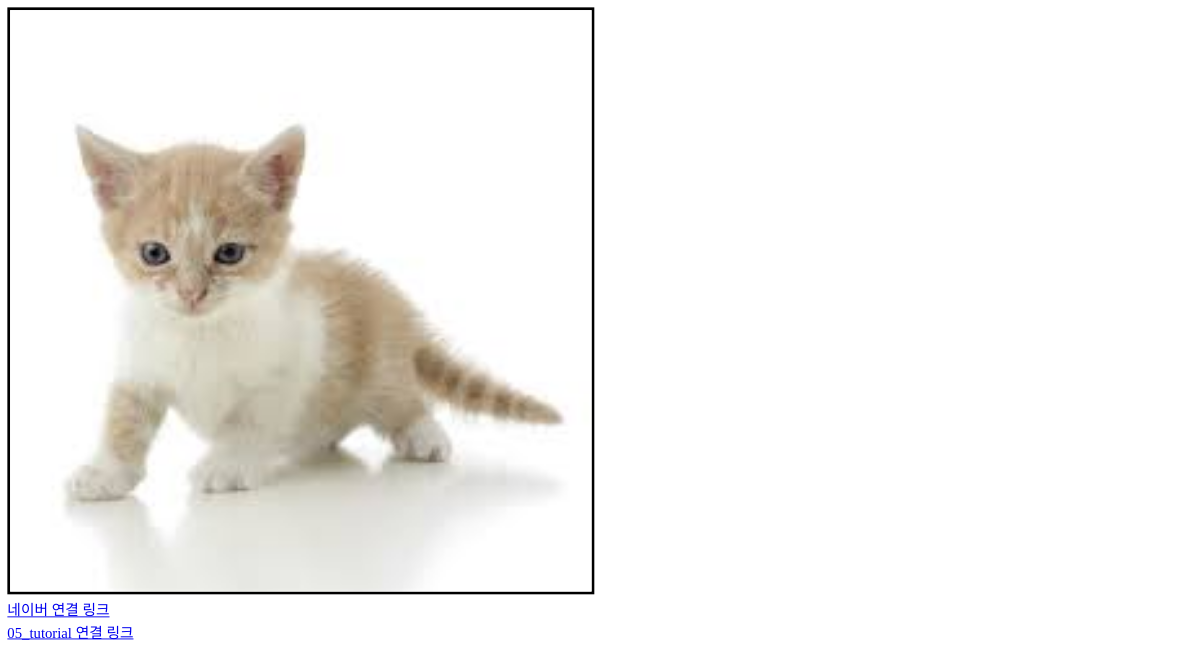
Repository: jjb5442/JSP
Page: 3Day/workspace/02_HTML_tutorial/src/main/webapp/06_Tutorial.html
The author's editor kept a copy of each file at every save. The page is drawn from the files as they stood at one save, then again after the next save.
The browser window is 1280 px wide. The pictures show the whole page, at 92% of full size.

Above is the page before, as saved 2022-05-14 02:37:20.

After the next save:
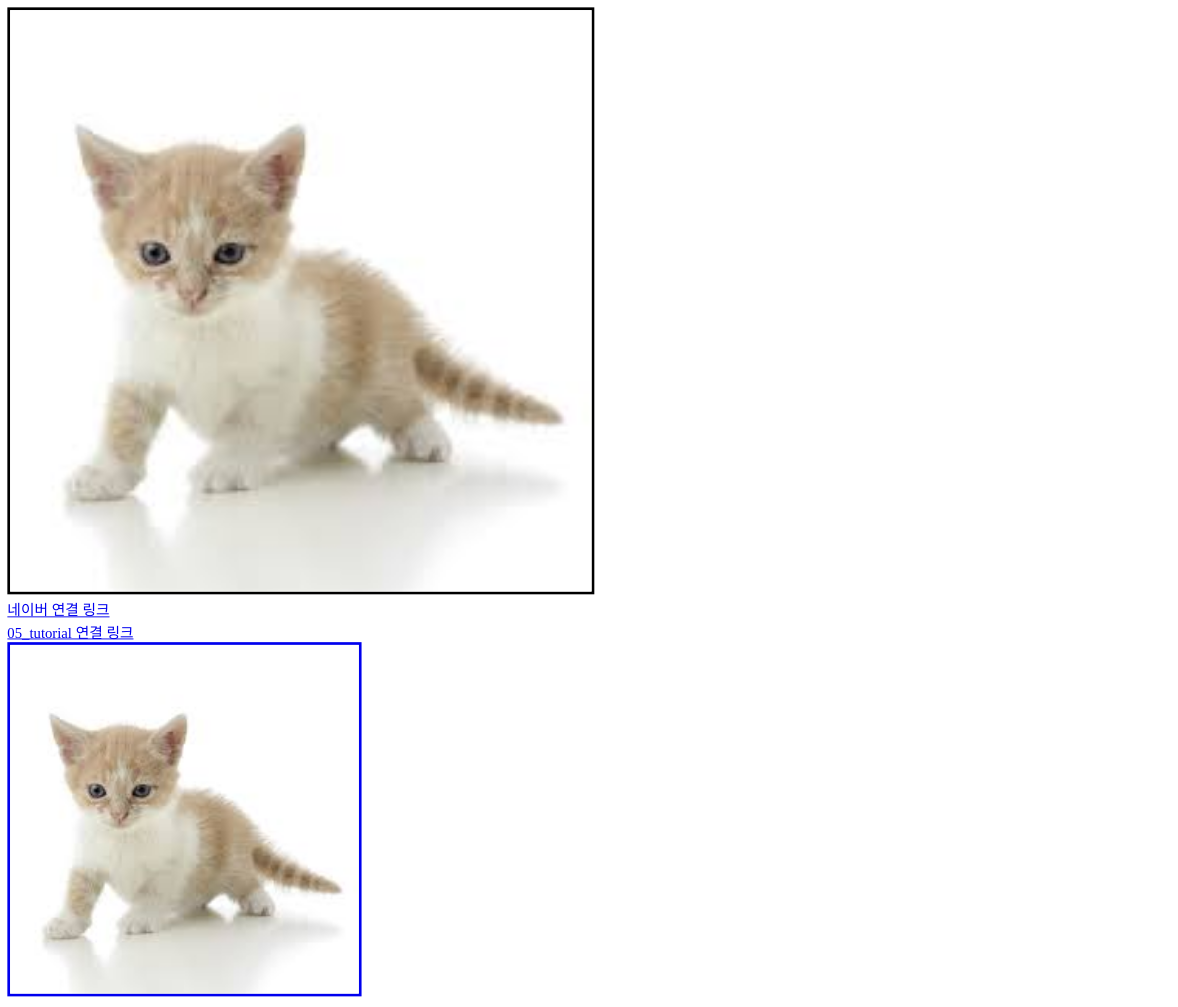
Saved 69 s later.
--- a/3Day/workspace/02_HTML_tutorial/src/main/webapp/06_Tutorial.html
+++ b/3Day/workspace/02_HTML_tutorial/src/main/webapp/06_Tutorial.html
@@ -14,5 +14,10 @@
 		border="3"><br/>
 	<a href="http://www.naver.com">네이버 연결 링크</a><br/>
 	<a href="05_Tutorial.html">05_tutorial 연결 링크</a><br/>
+
+	<a href="http://www.naver.com">
+		<img alt="고양이사진" src="resource/images/고양이.jpg" width="30%" height="30%"
+			border="3"><br/>
+	</a>
 </body>
 </html>
